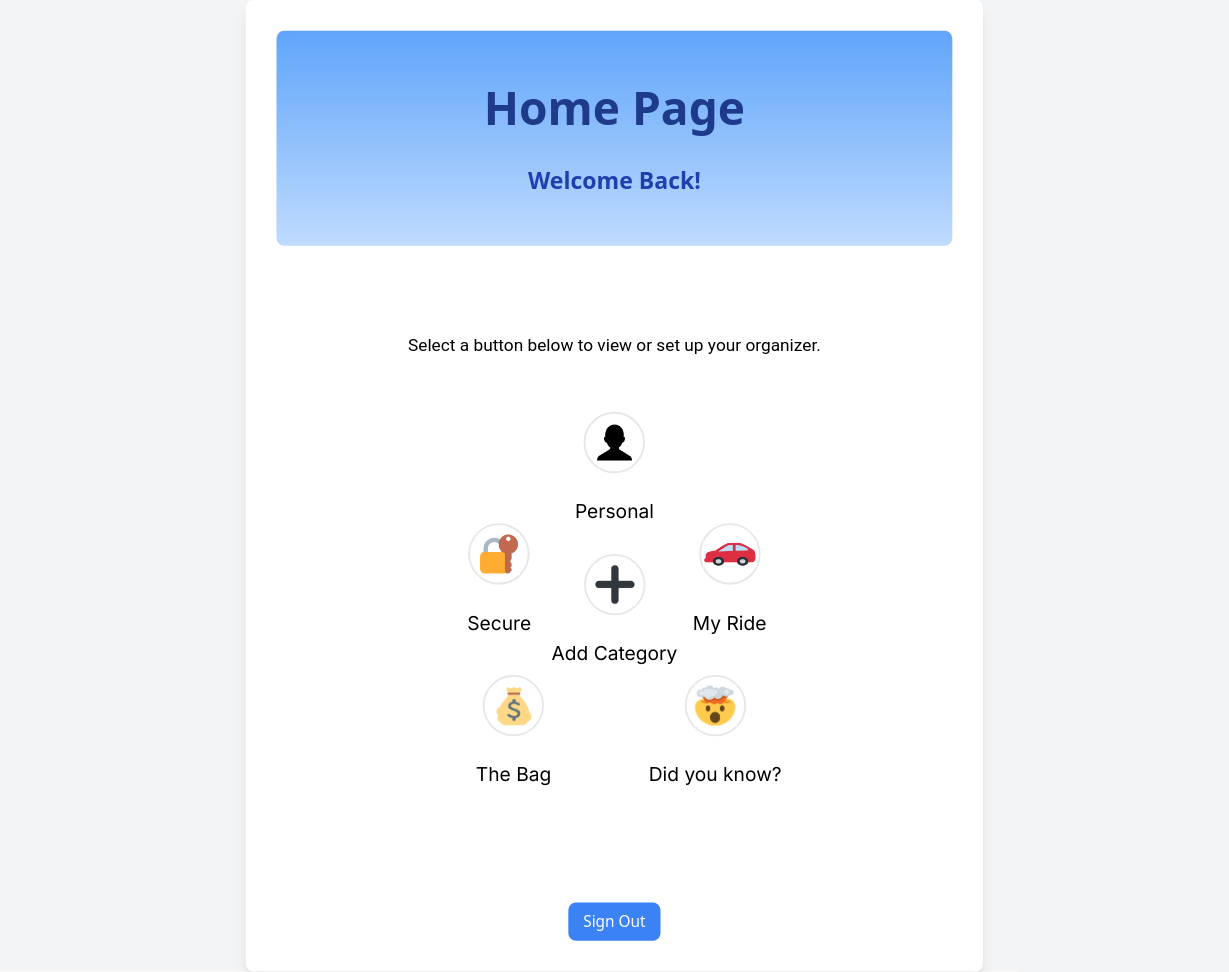
Repository: MercyB19/Russaw_Mercy_Adulting-101_Capstone
Page: page2.html
An editor plug-in stored every save of this project. The page is shown before and after the next save, followed by the edit.
The browser window is 1280 px wide. The pictures show the whole page, at 96% of full size.
Some web fonts or font styles are not loaded; a fallback is used.

Above is the page before, as saved 2024-09-14 21:48:03.

### page2.html
<!DOCTYPE html>
<html lang="en">

<head>
  <meta charset="UTF-8">
  <meta name="viewport" content="width=device-width, initial-scale=1.0">
  <title>Home Page</title>
  <link href="https://cdn.jsdelivr.net/npm/tailwindcss@2.2.19/dist/tailwind.min.css" rel="stylesheet">
  <link rel="stylesheet" href="https://fonts.googleapis.com/css2?family=Balsamiq+Sans:wght@400;700&display=swap">
  <link rel="stylesheet" href="https://fonts.googleapis.com/css2?family=Inter:wght@400;500;600&display=swap">
  <link rel="stylesheet" href="https://fonts.googleapis.com/css2?family=Poppins:wght@500;700&display=swap">
  <style>
    .pentagon-layout {
      position: relative;
      width: 300px;
      height: 450px;
      margin: 0 auto;
    }

    .pentagon-layout div {
      position: absolute;
      text-align: center;
    }

    .personal {
      top: -10%;
      left: 50%;
      transform: translateX(-50%);
      cursor: pointer;
    }

    .secure {
      top: 40%;
      left: 10%;
      transform: translate(-50%, -50%);
      cursor: pointer;
    }

    .add-category {
      top: 47%;
      left: 50%;
      transform: translate(-50%, -50%);
      cursor: pointer;
    }

    .my-v {
      top: 40%;
      right: 10%;
      transform: translate(50%, -50%);
      cursor: pointer;
    }

    .the-bag {
      bottom: 25%;
      left: 15%;
      transform: translate(-50%, 50%);
      cursor: pointer;
    }

    .did-you-know {
      bottom: 25%;
      right: 15%;
      transform: translate(50%, 50%);
      cursor: pointer;
    }

    .icon-title {
      margin-top: 90px;
      margin-bottom: 100px;
      /* Adjust as necessary to position text below icons */
    }
  </style>
</head>
<body class="bg-gray-100 flex justify-center items-center min-h-screen">
  <div class="w-full max-w-screen-md p-8 bg-white rounded-lg shadow-lg">
    <div class="bg-gradient-to-b from-blue-400 via-teal-300 to-blue-200 p-6 rounded-lg">
      <header class="text-center mb-6">
        <div class="text-5xl font-bold text-blue-900 bg-gradient-to-rt from-gray-100 via-blue-800 to-gray-400 bg-clip-text text-transparent p-8">Home Page</div>
        <div class="text-2xl font-bold text-blue-800 p-1">Welcome Back!</div>
      </header>
    </div>
    <section>
      <div class="text-center mb- 8">
        <p class="icon-title text-lg" style="font-family: 'Roboto', sans-serif;">Select a button below to view or set up
          your organizer.</p>
      </div>
      <div class="pentagon-layout">
        <div class="personal flex flex-col items-center">
          <div class="w-16 h-16  flex justify-center items-center bg-white border-2  rounded-full mb-2">
            <img src="Images/Person_personal_img.png" alt="Personal" class="w-10 h-10">
          </div>
          <p class="icon-title text-xl" style="font-family: 'Inter', sans-serif;">Personal</p>
        </div>
        <div class="secure flex flex-col items-center">
          <div class="w-16 h-16 flex justify-center items-center bg-white border-2 rounded-full mb-2">
            <img src="Images/Secure_icon_img.png" alt="Secure" class="w-11 h-11">
          </div>
          <p class="icon-title text-xl" style="font-family: 'Inter', sans-serif;">Secure</p>
        </div>
        <div class="add-category flex flex-col items-center">
          <div class="w-16 h-16 flex justify-center items-center bg-white border-2 rounded-full mb-2">
            <img src="Images/Add_new_img.png" alt="Add Category" class="w-11 h-11">
          </div>
          <p class="icon-title text-xl" style="font-family: 'Inter', sans-serif;">Add Category</p>
        </div>
        <div class="my-v flex flex-col items-center" onclick="window.location.href='page3.html'">
          <div class="w-16 h-16 flex justify-center items-center bg-white border-2  rounded-full mb-2">
            <img src="Images/My_V_img.png" alt="My V" class="w-14 h-15">
          </div>
          <p class="icon-title text-xl" style="font-family: 'Inter', sans-serif;">My Ride</p>
        </div>
        <div class="the-bag flex flex-col items-center">
          <div class="w-16 h-16 flex justify-center items-center bg-white border-2 rounded-full mb-2">
            <img src="Images/The_bag_icon_img.png" alt="The Bag" class="w-13 h-11">
          </div>
          <p class="icon-title text-xl" style="font-family: 'Inter', sans-serif;">The Bag</p>
        </div>
        <div class="did-you-know flex flex-col items-center" onclick="window.location.href='Didyouknow.html'">
          <div class="w-16 h-16 flex justify-center items-center bg-white border-2 rounded-full mb-2">
            <img src="Images/did_you_know_icon.png" alt="Did you know" class="w-11 h-11">
          </div>
          <p class="icon-title text-xl" style="font-family: 'Inter', sans-serif;">Did you know?</p>
        </div>
      </div>
      <div class="text-center mt-4">
        <button onclick="window.location.href='logout.html'" class="bg-blue-500 text-white py-2 px-4 rounded-lg hover:bg-red-600">Sign Out</button>
      </div>
    </div>
    <script>
      document.querySelector('.my-v').addEventListener('click', function () {
        window.location.href = 'page3.html';

      document.querySelector('.Did you know?').addEventListener('click', function () {
        window.location.href = 'Didyouknow.html';});
      });
    </script>
</body>

</html>

After the next save:
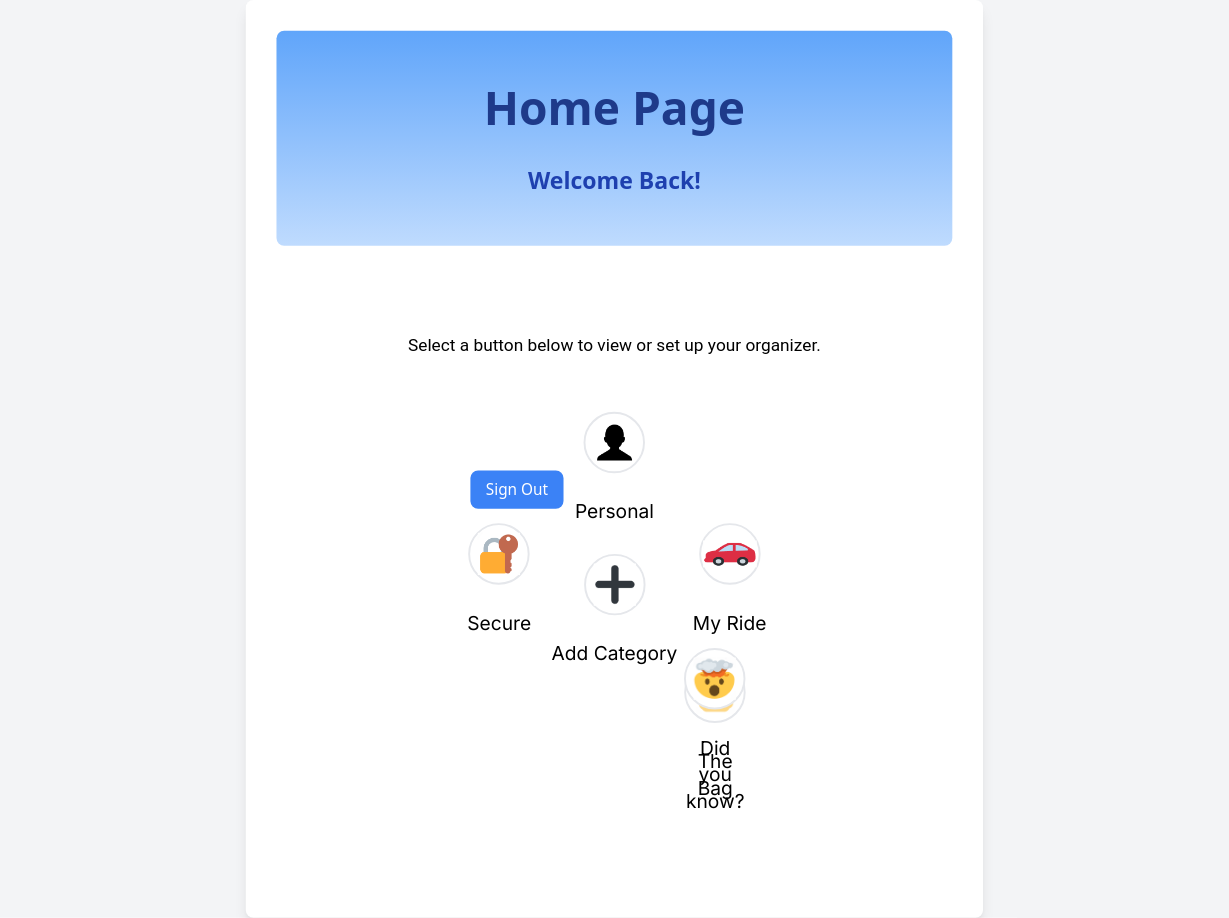
Saved 2 min 41 s later.
--- a/page2.html
+++ b/page2.html
@@ -109,6 +109,7 @@
           </div>
           <p class="icon-title text-xl" style="font-family: 'Inter', sans-serif;">My Ride</p>
         </div>
+        <div class="did-you-know flex flex-col items-center" onclick="window.location.href='Didyouknow.html'">
         <div class="the-bag flex flex-col items-center">
           <div class="w-16 h-16 flex justify-center items-center bg-white border-2 rounded-full mb-2">
             <img src="Images/The_bag_icon_img.png" alt="The Bag" class="w-13 h-11">

After the 2 saves that followed:
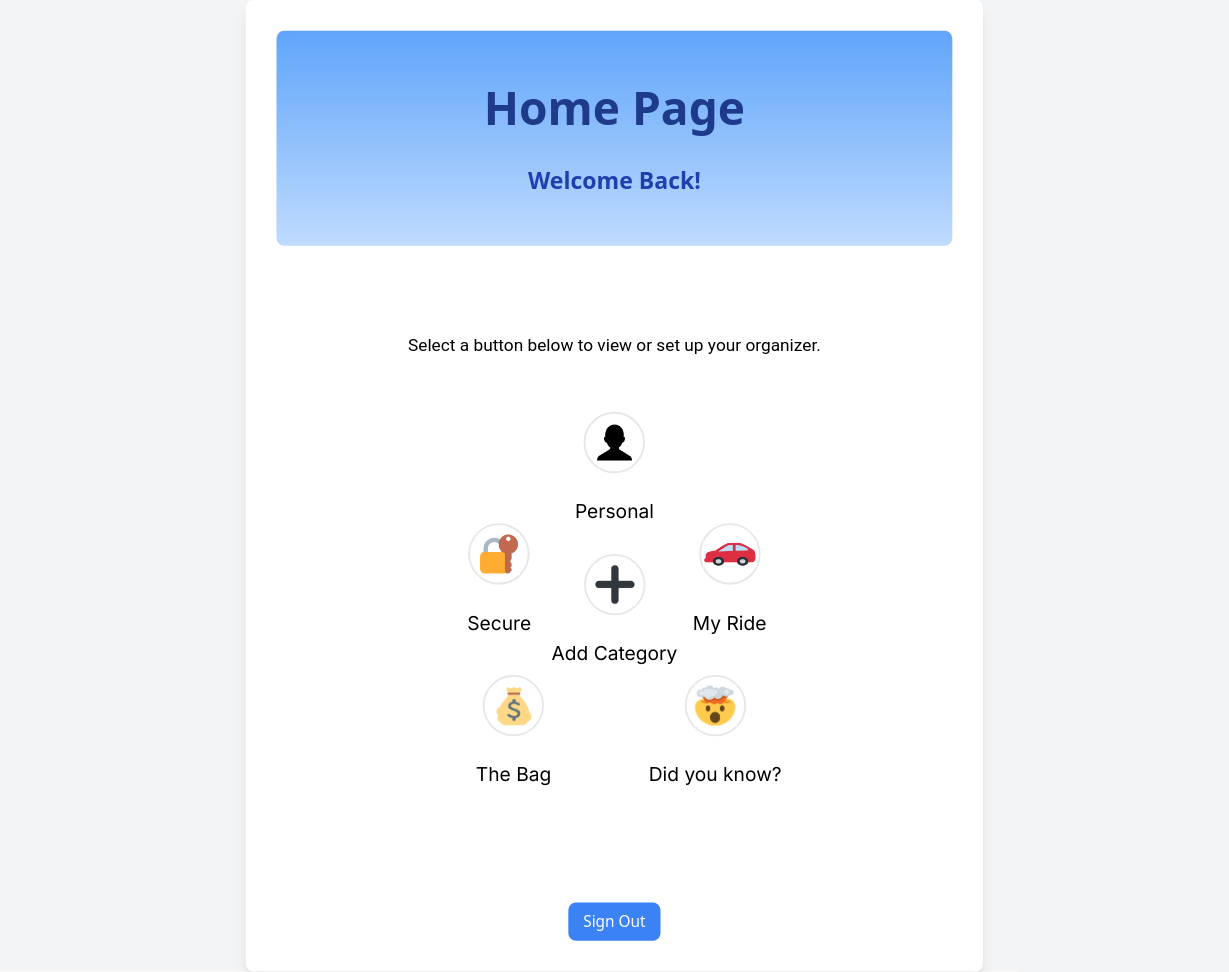
The 2 saves are shown as one change because 1 left the picture as it was.
The last was saved 8 min 27 s later.
--- a/page2.html
+++ b/page2.html
@@ -109,8 +109,7 @@
           </div>
           <p class="icon-title text-xl" style="font-family: 'Inter', sans-serif;">My Ride</p>
         </div>
-        <div class="did-you-know flex flex-col items-center" onclick="window.location.href='Didyouknow.html'">
-        <div class="the-bag flex flex-col items-center">
+        <div class="the-bag flex flex-col items-center" onclick="window.location.href='Thebag.html'">
           <div class="w-16 h-16 flex justify-center items-center bg-white border-2 rounded-full mb-2">
             <img src="Images/The_bag_icon_img.png" alt="The Bag" class="w-13 h-11">
           </div>
@@ -133,6 +132,9 @@
 
       document.querySelector('.Did you know?').addEventListener('click', function () {
         window.location.href = 'Didyouknow.html';});
+
+        document.querySelector('.The Bag').addEventListener('click', function () {
+          window.location.href = 'Thebag.html';});
       });
     </script>
 </body>
